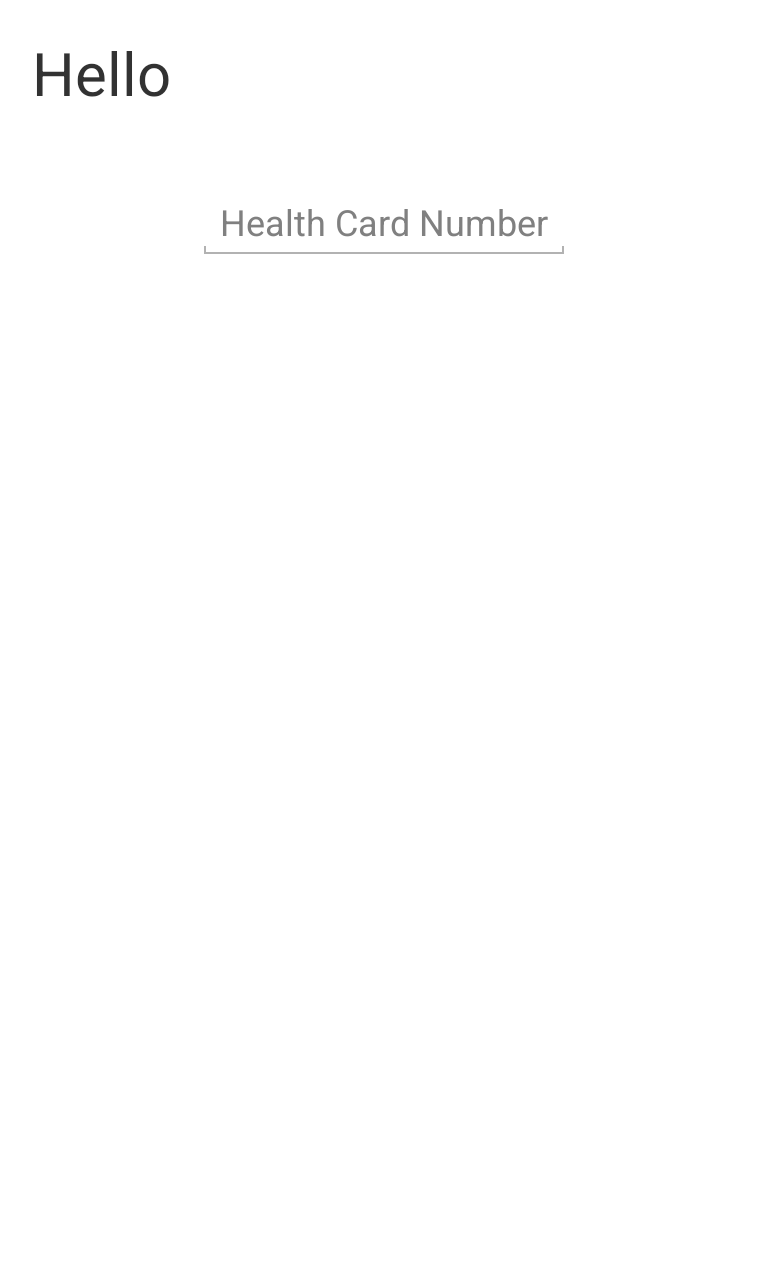
Repository: wangyuan0915/ER
Layout: workspace2/phase3/res/layout/activity_view_patient_record.xml
The author's editor kept a copy of each file at every save. The layout is drawn from the files as they stood at one save, then again after the next save.
It is drawn on a 768 x 1280 px phone screen (xhdpi) without system bars, with theme AppTheme; the app's code is not run.

Above is the layout before, as saved 2013-11-24 20:50:16.

After the next save:
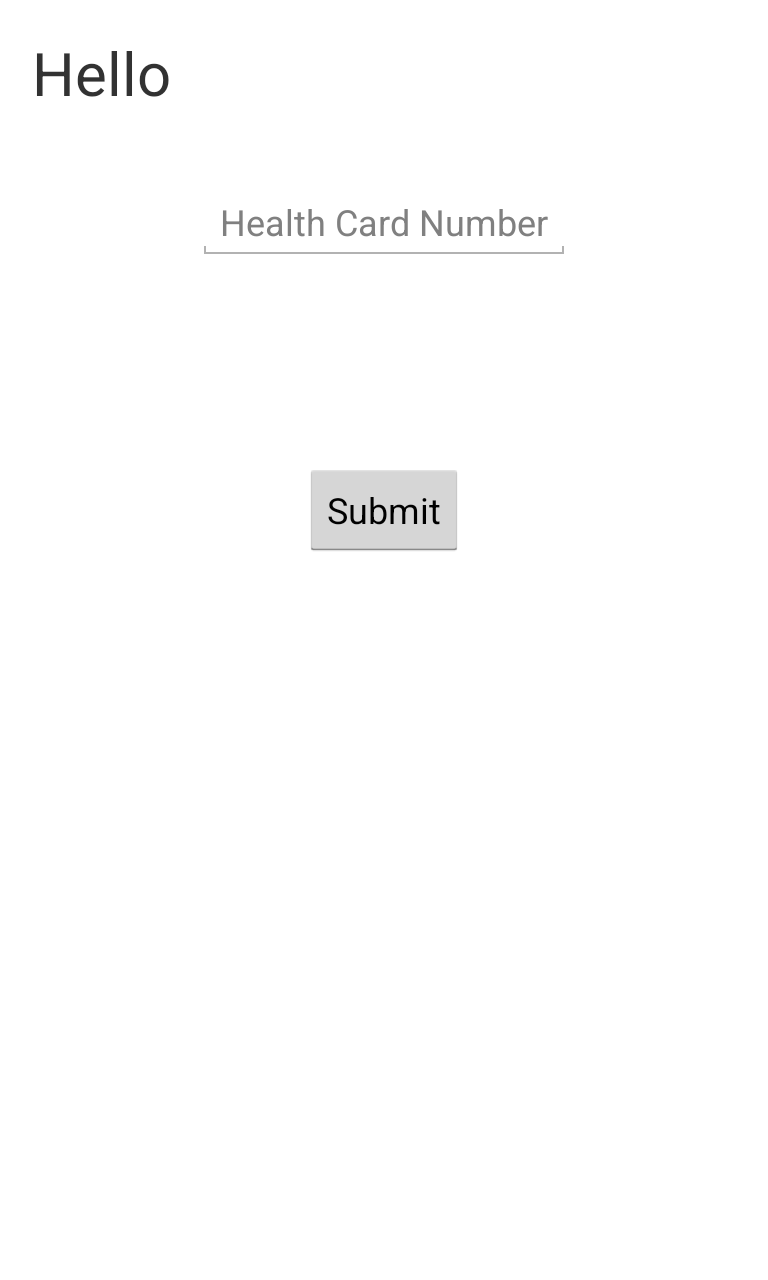
Saved 60 s later.
--- a/workspace2/phase3/res/layout/activity_view_patient_record.xml
+++ b/workspace2/phase3/res/layout/activity_view_patient_record.xml
@@ -25,4 +25,14 @@
         android:hint="@string/Health_Card_Number"
         android:textAppearance="?android:attr/textAppearanceMedium" />
 
+    <Button
+        android:id="@+id/submit111"
+        android:layout_width="wrap_content"
+        android:layout_height="wrap_content"
+        android:layout_below="@+id/card#"
+        android:layout_centerHorizontal="true"
+        android:layout_marginTop="100dp"
+        android:text="Submit"
+        android:onClick="ViewRecord"/>
+
 </RelativeLayout>
